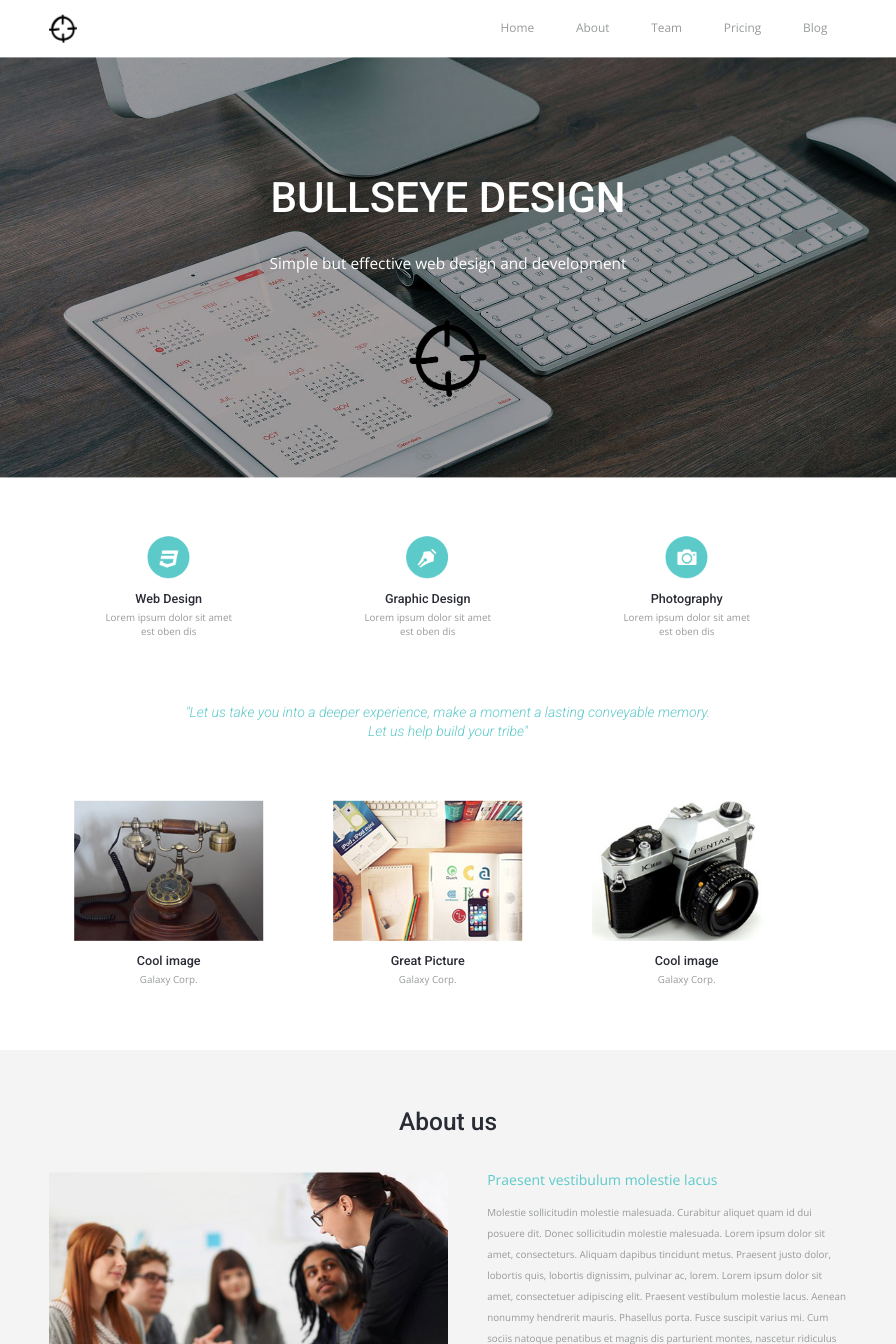
Repository: bullseyebill/bullseye_web
Page: index.html
The author's editor kept a record of every edit. The page is drawn from the files as they stood at one moment, then again after the next edit.
The browser window is 1280 px wide. The pictures show the part of the page from y = 0 to 1920 px (the page is 4557 px tall before and 4548 px after), at 70% of full size.

Above is the page before.

### index.html
<!DOCTYPE html>
<html>
<head>
		<title>Bullseye Design Live Web Page</title>
		<link href="css/style.css" rel="stylesheet" type="text/css" media="all" />
		<link href="css/bootstrap.css" rel="stylesheet" type="text/css" media="all" />
		<link href='http://fonts.googleapis.com/css?family=Open+Sans:400,300,600,700,800' rel='stylesheet' type='text/css'>
		<link href='http://fonts.googleapis.com/css?family=Roboto:400,100,100italic,300,300italic,400italic,500,500italic,700italic,700,900,900italic' rel='stylesheet' type='text/css'>
		<!-- js -->
		<script src="js/jquery.min.js"></script>
		<!-- //js -->
		<!-- for-mobile-apps -->
		<meta name="viewport" content="width=device-width, initial-scale=1">
		<meta http-equiv="Content-Type" content="text/html; charset=utf-8" />
		<!--<meta name="keywords" content="Galaxy Responsive web template, Bootstrap Web Templates, Flat Web Templates, Andriod Compatible web template,
		Smartphone Compatible web template, free webdesigns for Nokia, Samsung, LG, SonyErricsson, Motorola web design" />-->
		<script type="application/x-javascript"> addEventListener("load", function() { setTimeout(hideURLbar, 0); }, false);
				function hideURLbar(){ window.scrollTo(0,1); } </script>
		<!-- //for-mobile-apps -->
		<!-- start-smoth-scrolling -->
		<script type="text/javascript" src="js/move-top.js"></script>
		<script type="text/javascript" src="js/easing.js"></script>
		<script type="text/javascript">
			jQuery(document).ready(function($) {
				$(".scroll").click(function(event){
					event.preventDefault();
					$('html,body').animate({scrollTop:$(this.hash).offset().top},1000);
				});
			});
		</script>
<!-- start-smoth-scrolling -->
</head>

<body>
<!-- header -->
	<div class="header">
	<div class="container">
		<div class="header-part">
			<div class="head-logo">
				<a href="index.html"><img src="images/hand_tgt.png" alt="target" width="40px" height="40px"></a>
			</div>
			<div class="top-nav">
				<!--<span class="menu"><img src="images/menu.png" alt="" /></span>-->
					<ul class="nav1">
						<li><a href="#home" class="scroll">Home</a></li>
						<li><a href="#about" class="scroll">About</a></li>
						<li><a href="#team" class="scroll">Team</a></li>
						<li><a href="#price" class="scroll">Pricing</a></li>
						<li><a href="#blog" class="scroll">Blog</a></li>
					</ul>
					<script>
							   $( "span.menu" ).click(function() {
								 $( "ul.nav1" ).slideToggle( 300, function() {
								 // Animation complete.
								  });
								 });

					</script>
			</div>
			<div class="clearfix"> </div>
		</div>
	</div>
	</div>
<!-- //header -->
<!-- banner -->
	<div class="banner">
	<div class="container">
		<div class="banner-info">
			<h2>BULLSEYE DESIGN</h2>
			<p>Simple but effective web design and development</p>
			<div class="logo">
				<a href="index.html"><img src="images/tgt_wht.png" alt="target" width=110px" height="110px"></a>
			</div>
		</div>
	</div>
	</div>
<!-- //banner -->
<!-- banner-bottom -->
	<div class="banner-bottom">
	<div class="container">
		<div class="banner-bottom-left">
			<div class="fig">

			</div>
			<h3>Web Design</h3>
			<p>Lorem ipsum dolor sit amet<span> est oben dis</span></p>
		</div>
		<div class="banner-bottom-left banner-bottom-mid">
			<div class="fig1">

			</div>
			<h3>Graphic Design</h3>
			<p>Lorem ipsum dolor sit amet<span> est oben dis</span></p>
		</div>
		<div class="banner-bottom-left">
			<div class="fig2">

			</div>
			<h3>Photography</h3>
			<p>Lorem ipsum dolor sit amet<span> est oben dis</span></p>
		</div>
		<div class="clearfix"> </div>
		<div class="banner-bottom-text">
			<p>"Let us take you into a deeper experience, make a moment a lasting conveyable memory.
				<span>Let us help build your tribe"</span></p>
		</div>
		<div class="banner-bottom-grids">
			<div class="banner-bottom-grid">
				<img src="images/8.jpg" alt=" " />
				<h3>Cool image</h3>
				<p>Galaxy Corp.</p>
			</div>
			<div class="banner-bottom-grid grid-mid">
				<img src="images/3.jpg" alt=" " />
				<h3>Great Picture</h3>
				<p>Galaxy Corp.</p>
			</div>
			<div class="banner-bottom-grid">
				<img src="images/2.jpg" alt=" " />
				<h3>Cool image</h3>
				<p>Galaxy Corp.</p>
			</div>
			<div class="clearfix"> </div>
		</div>
	</div>
	</div>
<!-- //banner-bottom -->
<!-- about -->
	<div id="about" class="team">
	<div class="container">
		<h4>About us</h4>
		<div class="group">
			<img src="images/h.jpg" alt=" " />
		</div>
		<div class="group-text">
			<h3> Praesent vestibulum molestie lacus</h3>
			<p>Molestie sollicitudin molestie malesuada. Curabitur aliquet quam id dui posuere dit.
					Donec sollicitudin molestie malesuada. Lorem ipsum dolor sit amet, consecteturs.
					Aliquam dapibus tincidunt metus. Praesent justo dolor, lobortis quis,
					lobortis dignissim, pulvinar ac, lorem. Lorem ipsum dolor sit amet,
					consectetuer adipiscing elit. Praesent vestibulum molestie lacus.
					Aenean nonummy hendrerit mauris. Phasellus porta. Fusce suscipit varius mi.
					Cum sociis natoque penatibus et magnis dis parturient montes,
					nascetur ridiculus mus. Nulla dui. Fusce feugiat malesuada odio. Morbi…</p>
		</div>
		<div class="clearfix"> </div>
	</div>
	</div>
	<div id="team" class="about">
	<div class="container">
		<div class="about-us">
			<h2>Team</h2>
			<p>Donec sollicitudin molestie malesuada. Nulla quis lorem ut libero mal suada
				<span>feugiat. Curabitur aliquet quamuis lorem</span></p>
		</div>
		<div class="about-grids">
			<div class="about-grid">
				<img src="images/12.jpg" alt=" " />
				<div class="about-grid-john">
					<div class="john">
						<h4>Mr.John Doe</h4>
						<p>Creative Director</p>
					</div>
					<div class="social-icons">
						<ul>
							<li><a href class="facebook"> </a></li>
							<li><a href class="twitter"> </a></li>
						</ul>
					</div>
					<div class="clearfix"> </div>
					<p class="para">Donec sollicitudin molestie male
							suada. Curabitur aliquet quam id dui
							posuere blandit. Donec sollicitudin
							molestie malesuada.</p>
					<div class="hello">
						<a href="#">Say Hello</a>
					</div>
				</div>
			</div>
			<div class="about-grid about-mid">
				<img src="images/13.jpg" alt=" " />
				<div class="about-grid-john">
					<div class="john">
						<h4>Mr.John Doe</h4>
						<p>Creative Director</p>
					</div>
					<div class="social-icons">
						<ul>
							<li><a href class="facebook"> </a></li>
							<li><a href class="twitter"> </a></li>
						</ul>
					</div>
					<div class="clearfix"> </div>
					<p class="para">Donec sollicitudin molestie male
							suada. Curabitur aliquet quam id dui
							posuere blandit. Donec sollicitudin
							molestie malesuada.</p>
					<div class="hello">
						<a href="#">Say Hello</a>
					</div>
				</div>
			</div>
			<div class="about-grid">
				<img src="images/11.jpg" alt=" " />
				<div class="about-grid-john">
					<div class="john">
						<h4>Mr.John Doe</h4>
						<p>Creative Director</p>
					</div>
					<div class="social-icons">
						<ul>
							<li><a href class="facebook"> </a></li>
							<li><a href class="twitter"> </a></li>
						</ul>
					</div>
					<div class="clearfix"> </div>
					<p class="para">Donec sollicitudin molestie male
							suada. Curabitur aliquet quam id dui
							posuere blandit. Donec sollicitudin
							molestie malesuada.</p>
					<div class="hello">
						<a href="#">Say Hello</a>
					</div>
				</div>
			</div>
			<div class="clearfix"> </div>
		</div>
	</div>
	</div>
<!-- //about -->
<!-- pricing -->
	<div id="price" class="pricing">
	<div class="container">
		<div class="price">
			<h2>Pricing</h2>
			<p>Donec sollicitudin molestie malesuada. Nulla quis lorem ut libero mal suada
				<span>feugiat. Curabitur aliquet quam uis lorem</span></p>
		</div>
		<div class="basic">
			<div class="business">
				<h2>Basic</h2>
				<p>Best for small business</p>
			</div>
			<div class="value">
				<p>19,99$</p>
			</div>
			<ul>
				<li><span>50</span> Projects</li>
				<li><span>20</span> Files</li>
				<li><span>Full</span> Support</li>
				<li class="gd"><span>24h</span> Ready</li>
			</ul>
			<div class="buy-me">
				<a href="#">Buy Me</a>
			</div>
		</div>
		<div class="basic basic-mid">
			<div class="business">
				<h2>Premium</h2>
				<p>Best for medium business</p>
			</div>
			<div class="value">
				<p>49,99$</p>
			</div>
			<ul>
				<li><span>50</span> Projects</li>
				<li><span>20</span> Files</li>
				<li><span>Full</span> Support</li>
				<li class="gd"><span>24h</span> Ready</li>
			</ul>
			<div class="buy-me">
				<a href="#">Buy Me</a>
			</div>
		</div>
		<div class="basic">
			<div class="business">
				<h2>Deluxe</h2>
				<p>Best for big business</p>
			</div>
			<div class="value">
				<p>99,99$</p>
			</div>
			<ul>
				<li><span>50</span> Projects</li>
				<li><span>20</span> Files</li>
				<li><span>Full</span> Support</li>
				<li class="gd"><span>24h</span> Ready</li>
			</ul>
			<div class="buy-me">
				<a href="#">Buy Me</a>
			</div>
		</div>
		<div class="clearfix"> </div>
	</div>
	</div>
<!-- //pricing -->
<!-- blog -->
	<div id="blog" class="blog">
	<div class="container">
		<h3>FROM THE BLOG</h3>
		<div class="blog-grids">
			<div class="blog-grid">
				<a href="blog.html"><img src="images/4.jpg" alt=" " /></a>
				<h4><a href="blog.html">Web Design</a></h4>
				<p>Sed porttitor lactus nibh.Vivamus magna justo.Lacinia eget consecteture sed,convallis att
					tellus.Curabitur aliquet quam id dui posuere blandit.Cras ultricies ligula sed magna...</p>
			</div>
			<div class="blog-grid blog-mid">
				<a href="blog.html"><img src="images/5.jpg" alt=" " /></a>
				<h4><a href="blog.html">Web Design</a></h4>
				<p>Sed porttitor lactus nibh.Vivamus magna justo.Lacinia eget consecteture sed,convallis att
					tellus.Curabitur aliquet quam id dui posuere blandit.Cras ultricies ligula sed magna...</p>
			</div>
			<div class="clearfix"> </div>
		</div>
	</div>
	</div>
<!-- //blog -->
<!-- footer -->
	<div class="footer">
	<div class="container">
		<div class="footer-left">
			<div class="footer-left-text">
				<p>Design by<a href="http://bullseyedesign.co.uk/"> Bullseye Design</a></p>
			</div>
			<div class="clearfix"> </div>
		</div>
		<div class="footer-right">
			<ul>
				<li><a href="#" class="facebook"> </a></li>
				<li><a href="#" class="twitter"> </a></li>
				<li><a href="#" class="dribble"> </a></li>
			</ul>
		</div>
		<div class="clearfix"> </div>
	</div>
	</div>
<!-- //footer -->
<!-- here stars scrolling icon -->
	<script type="text/javascript">
									$(document).ready(function() {
										/*
										var defaults = {
								  			containerID: 'toTop', // fading element id
											containerHoverID: 'toTopHover', // fading element hover id
											scrollSpeed: 1200,
											easingType: 'linear'
								 		};
										*/

										$().UItoTop({ easingType: 'easeOutQuart' });

									});
	</script>
<!-- //here ends scrolling icon -->
</body>
</html>

Loaded but not shown: css/bootstrap.css (library); js/jquery.min.js (library); js/easing.js (140 lines, source omitted); js/move-top.js (5 lines, source omitted); css/style.css (1751 lines, source omitted)

After the next edit:
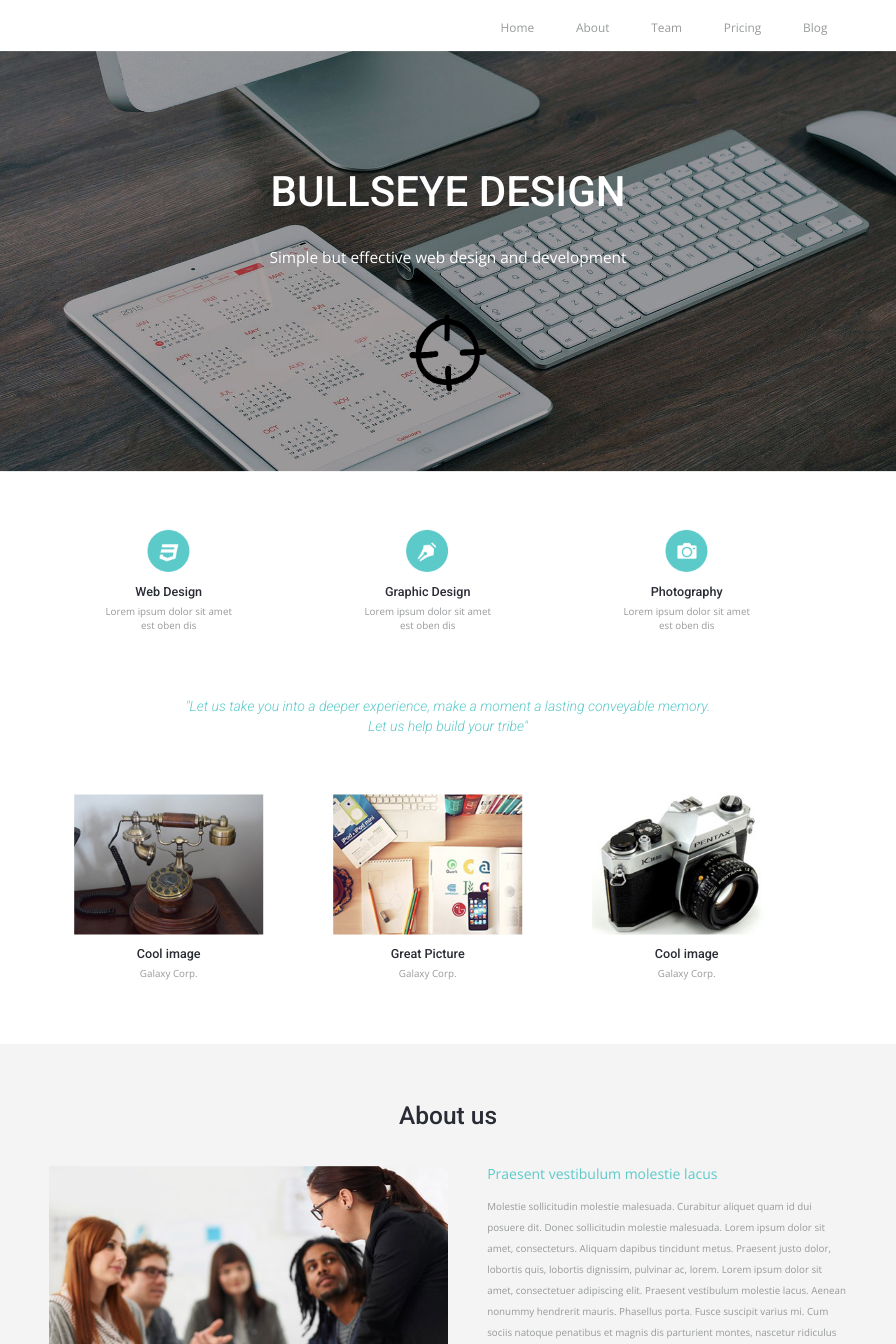
The edit:
--- a/index.html
+++ b/index.html
@@ -37,7 +37,7 @@
 	<div class="container">
 		<div class="header-part">
 			<div class="head-logo">
-				<a href="index.html"><img src="images/hand_tgt.png" alt="target" width="40px" height="40px"></a>
+			<!--	<a href="index.html"><img src="images/hand_tgt.png" alt="target" width="40px" height="40px"></a>-->
 			</div>
 			<div class="top-nav">
 				<!--<span class="menu"><img src="images/menu.png" alt="" /></span>-->
